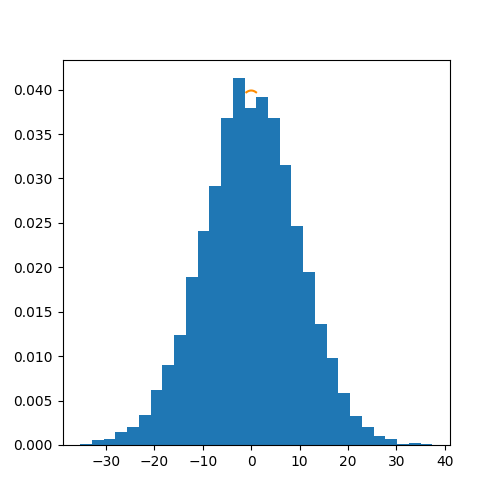
Repository: nishimuraHikar/PythonShowGraph
Script's output: python main.py
An editor plug-in stored every save of this project. The script's output is shown before and after the next save, followed by the edit.
Random numbers start from a fixed seed.

Above is the script's output before, as saved 2022-03-03 02:10:00.

### main.py
from time import time
import graph
import numpy as np

datafile = 'predict.csv'

timedata = graph.ReadColumn(datafile,0)
forcedatax = graph.ReadColumn(datafile, 1)
predictdatax = graph.ReadColumn(datafile, 2)
forcedatay = graph.ReadColumn(datafile, 3)
predictdatay = graph.ReadColumn(datafile, 4)

# graph.graph_1data(timedata, rawdata, "Raw Data")
# graph.graph_2data(timedata, rawdata, predictdata, "Raw Data", "Predict Data")
# graph.multiplot_2and1(timedata, forcedatax, predictdatax, forcedatay,predictdatay, "Actual X", "Predict X", "Actual Y", "Predict Y")
graph.histgram(np.random.normal(0, 10, 10000), 30, 10)

### graph.py
import numpy as np
import matplotlib.pyplot as plt
import pandas as pd
from scipy.stats import norm

def ReadColumn(csv, line_num): #csvと列番号を指定
    #csvからndarray型に変換
    csvdata = pd.read_csv(csv, header=0, usecols=[line_num])
    # csvから読んだデータをnumpyの行列に入れる
    array = csvdata.values
    return array

# グラフ表示
# 1つのグラフ
def graph_1data(x_data, y_data, labelname):
    plt.rcParams['font.family'] = 'Times New Roman'
    plt.rcParams["xtick.direction"] = "in"
    plt.rcParams["ytick.direction"] = "in"
    plt.rcParams["xtick.major.width"] = 1.5
    plt.rcParams["ytick.major.width"] = 1.5
    plt.rcParams["font.size"] = 14
    plt.rcParams["axes.linewidth"] = 1.5

    plt.plot(x_data, y_data, c="darkorange", label=labelname)
    np.linspace(min(x_data), max(x_data), 100)
    # plt.ylim(-1.55, 1.55)
    # plt.ylim(min(y_data), max(y_data))
    plt.xlabel("Time[sec]", fontname = 'Times New Roman')
    plt.ylabel("Force[N]", fontname = 'Times New Roman')
    plt.legend()
    # plt.savefig('NNresult.png') #PNGファイル生成
    plt.show()


# 2つのグラフ
def graph_2data(x_data, y1_data, y2_data, labelname1, labelname2):
    plt.rcParams['font.family'] = 'Times New Roman'
    plt.rcParams["xtick.direction"] = "in"
    plt.rcParams["ytick.direction"] = "in"
    plt.rcParams["xtick.major.width"] = 1.5
    plt.rcParams["ytick.major.width"] = 1.5
    plt.rcParams["font.size"] = 14
    plt.rcParams["axes.linewidth"] = 1.5

    plt.plot(x_data, y1_data, c="darkorange", label=labelname1)
    plt.plot(x_data, y2_data, c="blue", label=labelname2)
    np.linspace(min(x_data), max(x_data), 100)
    # plt.ylim(-0.01, 0.01)
    # plt.ylim(min(y_data), max(y_data))
    plt.xlabel("Time[sec]", fontname = 'Times New Roman')
    plt.ylabel("Force[N]", fontname = 'Times New Roman')
    plt.legend()
# <<<<<<< HEAD
#     plt.savefig('NNresult.png') #PNGファイル生成
#     plt.show()

# マルチプロット2行1列
def multiplot_2and1(x_data, y_data1a, y_data1b, y_data2a, y_data2b, labelname1, labelname2, labelname3, labelname4):
    plt.rcParams['font.family'] = 'Times New Roman'
    plt.rcParams["xtick.direction"] = "in"
    plt.rcParams["ytick.direction"] = "in"
    plt.rcParams["xtick.major.width"] = 1.5
    plt.rcParams["ytick.major.width"] = 1.5
    plt.rcParams["font.size"] = 16
    plt.rcParams["axes.linewidth"] = 1.5

    plt.figure(figsize=[9, 7])
    # ax1 = fig.add_subplot(2, 1, 1)
    # ax2 = fig.add_subplot(2, 1, 2)

    plt.subplot(211)
    plt.plot(x_data, y_data1a, c="darkorange", label=labelname1)
    plt.plot(x_data, y_data1b, c="blue", label=labelname2)
    plt.ylabel("Force[N]", fontname = 'Times New Roman')
    plt.xlim(0, 60)
    plt.ylim(-0.1, 0.2)
    plt.axvspan(40, 60, color="gray", alpha=0.3)
    plt.legend(loc = 'upper left')

    plt.subplot(212)
    plt.plot(x_data, y_data2a, c="darkorange", label=labelname3)
    plt.plot(x_data, y_data2b, c="blue", label=labelname4)
    plt.ylabel("Force[N]", fontname = 'Times New Roman')
    plt.xlim(0, 60)
    plt.ylim(-0.1, 0.2)

    np.linspace(min(x_data), max(x_data), 100)
    plt.xlabel("Time[sec]", fontname = 'Times New Roman')
    plt.axvspan(40, 60, color="gray", alpha=0.3)
    plt.legend(loc = 'upper left')

    plt.tight_layout()
    plt.savefig("result.pdf")
    plt.show()

# ヒストグラム
def histgram(data, binsnum, scale):
    fig = plt.figure(figsize = [5,5])
    ax = fig.add_subplot(111)
    ax.hist(data, bins = binsnum, density = True)
    X = np.linspace(-1.0, 1.0, 100)
    Y = norm.pdf(X, loc=0, scale=scale)
    ax.plot(X, Y, c="darkorange")
    plt.show()

Loaded but not shown: predict.csv (59902 lines, source omitted)

After the next save:
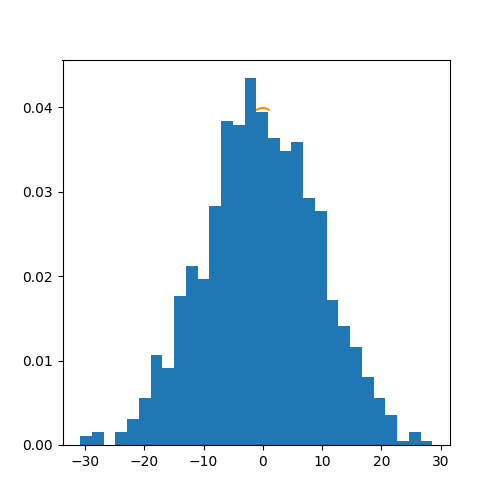
Saved 21 s later.
--- a/main.py
+++ b/main.py
@@ -13,4 +13,4 @@ predictdatay = graph.ReadColumn(datafile, 4)
 # graph.graph_1data(timedata, rawdata, "Raw Data")
 # graph.graph_2data(timedata, rawdata, predictdata, "Raw Data", "Predict Data")
 # graph.multiplot_2and1(timedata, forcedatax, predictdatax, forcedatay,predictdatay, "Actual X", "Predict X", "Actual Y", "Predict Y")
-graph.histgram(np.random.normal(0, 10, 10000), 30, 10)
+graph.histgram(np.random.normal(0, 10, 1000), 30, 10)
